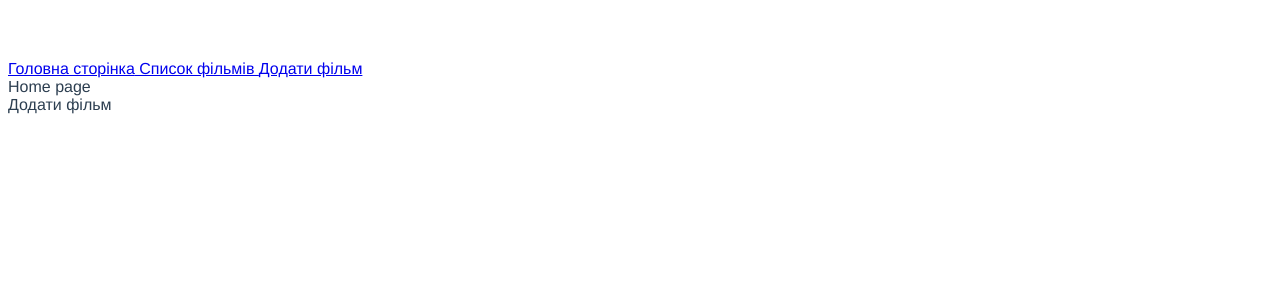
Repository: kristinap8/movies-gallery
Page: /
These files come from the project's save history. The page is drawn as it stood at one moment and after the next save; the edit follows.
The browser window is 1280 px wide. The pictures show the whole page.
The project was rebuilt for these pictures with package versions that can differ from the ones it lists, and the page was loaded fresh each time. Also part of the build but not shown: src/pages/Movie/index.vue, src/pages/AddMovie/index.vue, src/components/MovieInfo/index.vue, src/components/MoviesList/index.vue, src/pages/AllMovies/index.vue.

Above is the page before, as saved 2020-11-15 13:34:21.

After the next save:
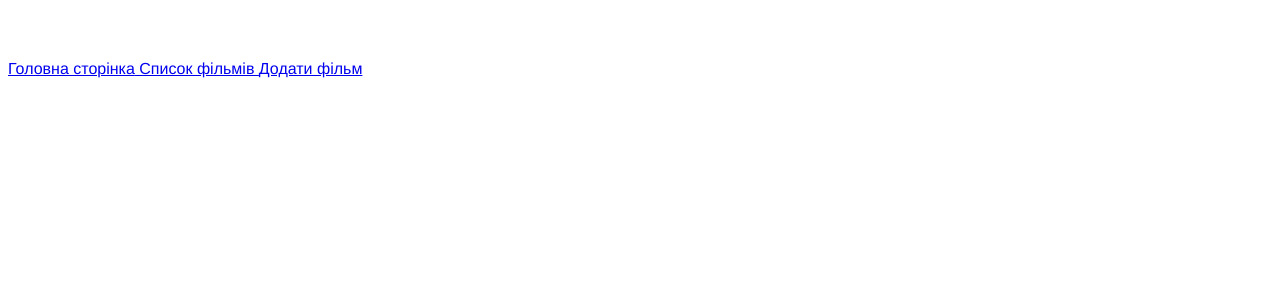
Saved 3 s later.
--- a/src/pages/Home/index.vue
+++ b/src/pages/Home/index.vue
@@ -1,16 +1,14 @@
 <template>
     <div>
-       Home page
-       <AddMovieForm/>
+
     </div>
 </template>
 
 <script>
-import AddMovieForm from "../../components/AddMovieForm"
-    export default {
+ export default {
         name:"Home",
         components:{
-            AddMovieForm
+
         }
     }
 </script>
